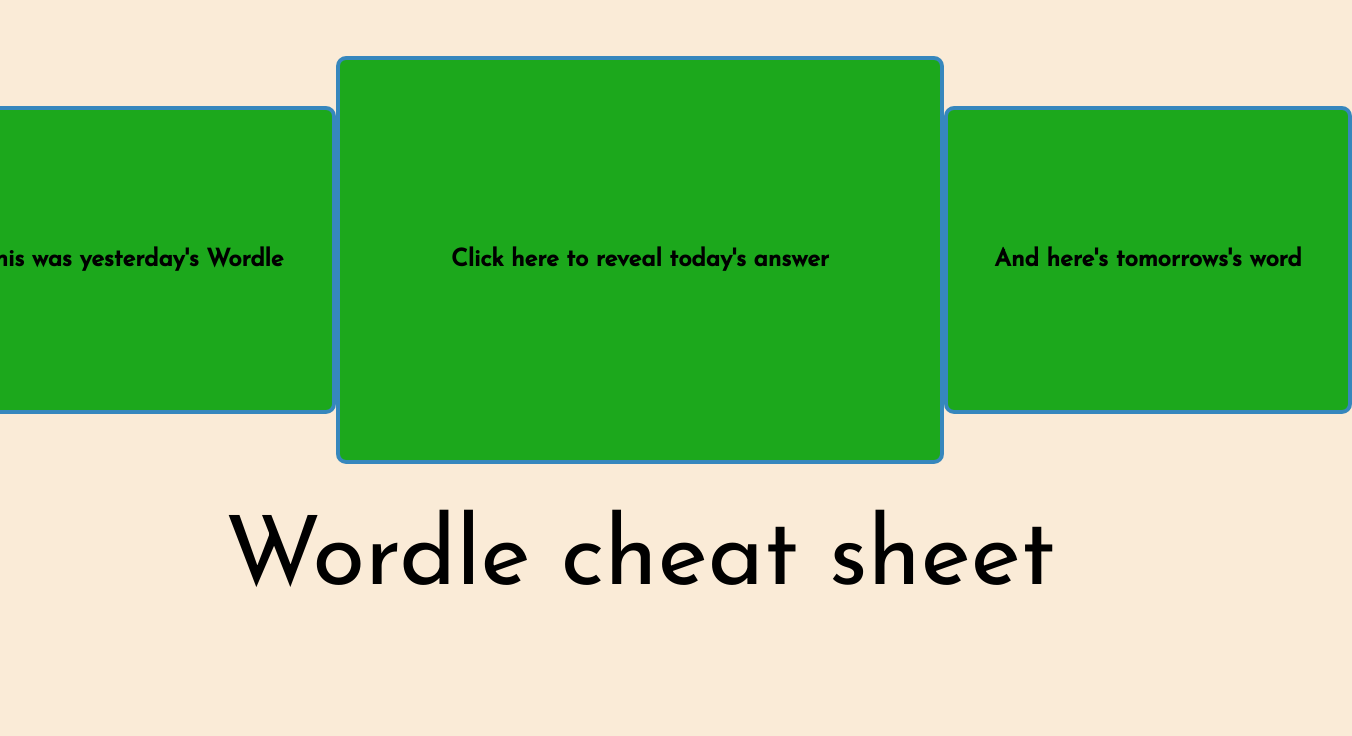
Repository: enoripl/tomorrows-wordle
Page: index.html
These files come from the project's save history. The page is drawn as it stood at one moment and after a run of saves; the edit follows.
The browser window is 1280 px wide. The page is 1352 px wide, so the pictures cover 1352 px, including what lies to the right of the window. The pictures show the whole page.

Above is the page before, as saved 2022-02-09 16:59:45.

### index.html
<!DOCTYPE html>
<html lang="en">
  <head>
    <meta charset="UTF-8" />
    <meta http-equiv="X-UA-Compatible" content="IE=edge" />
    <meta name="viewport" content="width=device-width, initial-scale=1.0" />
    <link rel="stylesheet" href="styles.css" />
    <script type="text/javascript" src="script.js" defer></script>
    <title>Today's (and tommorow's Wordle)</title>
  </head>
  <body>
    <main class="main-content">
      <div class="buttons-section">
        <div class="buttons-group">
          <div class="answer-btns" id="yesterdays-btn">
            This was yesterday's Wordle
          </div>
          <div class="answer-btns" id="todays-btn">
            Click here to reveal today's answer
          </div>
          <div class="answer-btns" id="tomorrows-btn">
            And here's tomorrows's word
          </div>
        </div>
      </div>
    </main>
    <div class="logo-section">
      <div class="logo">Wordle cheat sheet</div>
    </header>
  </body>
</html>

### styles.css
@import url('https://fonts.googleapis.com/css2?family=Josefin+Sans:wght@300;400;500&display=swap');
body {
    height: 100vh;
    font-family: 'Josefin Sans', sans-serif;
    background-color: antiquewhite;
}

main {
    height: 70%;
}
.main-content {
    display: flex;
    justify-content: center;
    align-items: center;
}
.buttons-group {
    display: flex;
    align-items: center;
}

.answer-btns {
    display: flex;
    justify-content: center;
    align-items: center;
    background-color: rgb(28, 168, 28);
    height: 300px;
    width: 400px;
    font-size: 1.5rem;
    font-weight: 600;
    border-radius: 10px;
    border: 4px solid rgb(54, 135, 189);
}


#todays-btn {
    height: 400px;
    width: 600px;
}

.logo-section {
    display: flex;
    justify-content: center;
    align-items: center;
    height: auto;
    font-size: 6rem;
}

Loaded but not shown: script.js (2352 lines, source omitted)

After the next 3 saves:
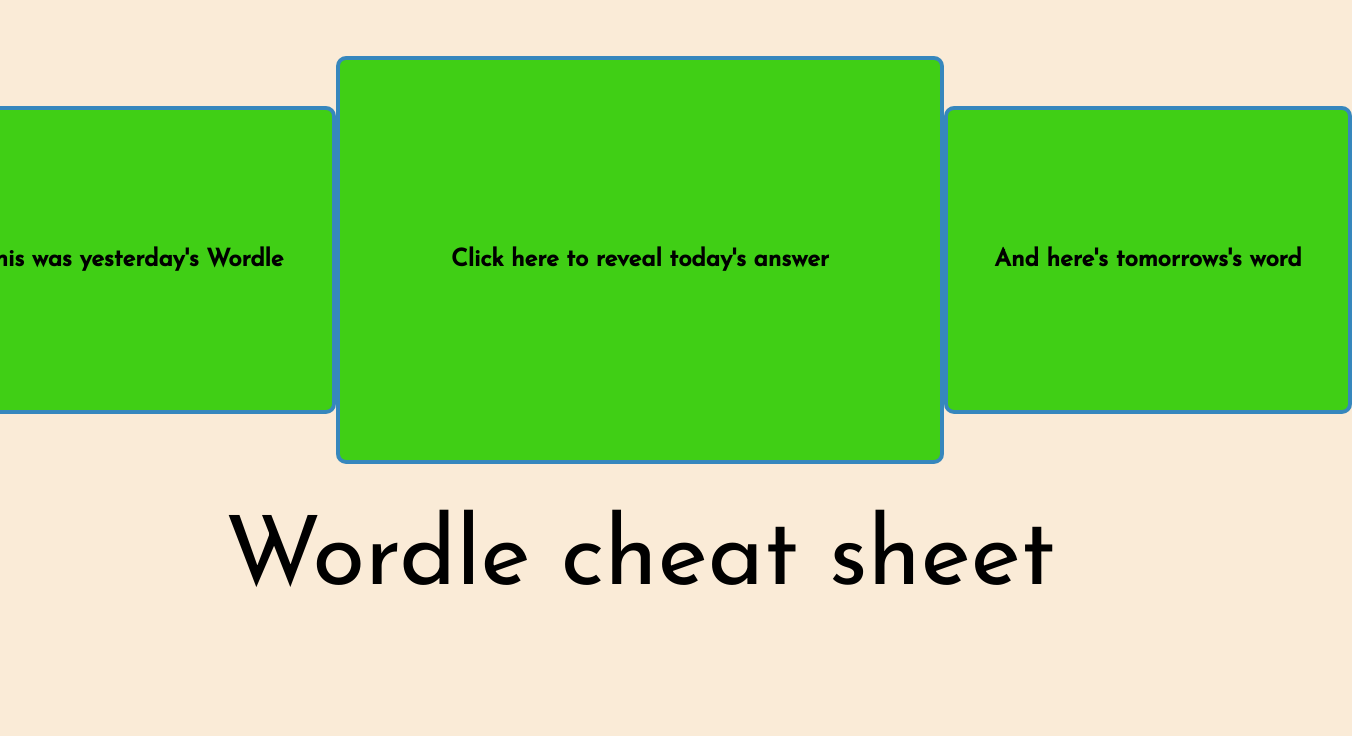
The 3 saves are shown as one change because they came seconds apart.
The last was saved 11 s later.
--- a/styles.css
+++ b/styles.css
@@ -22,7 +22,7 @@
     display: flex;
     justify-content: center;
     align-items: center;
-    background-color: rgb(28, 168, 28);
+    background-color: rgb(64, 207, 21);
     height: 300px;
     width: 400px;
     font-size: 1.5rem;
